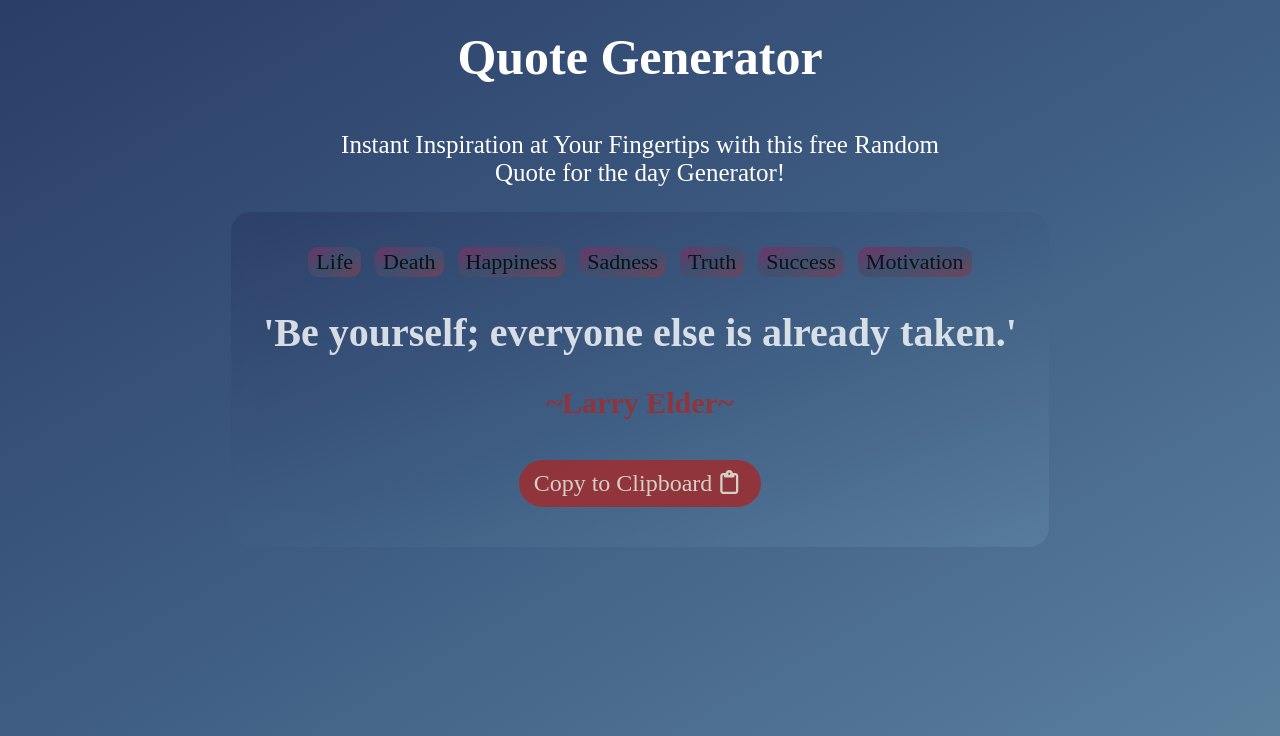
Repository: moehaymanmyint/Random-Quote-Generator
Page: index.html
An editor plug-in stored every save of this project. The page is shown before and after the next save, followed by the edit.
The browser window is 1280 px wide. The pictures show the whole page.
Some web fonts or font styles are not loaded; a fallback is used. Some web libraries are served in a nearby version.

Above is the page before, as saved 2024-11-07 23:21:52.

### index.html
<!DOCTYPE html>
<html lang="en">
<head>
    <meta charset="UTF-8">
    <meta name="viewport" content="width=device-width, initial-scale=1.0">
    <title>Quote Generator</title>
    <link rel="stylesheet" href="style.css">
    <!-- Font Awesome Link -->
    <link rel="stylesheet" href="https://cdnjs.cloudflare.com/ajax/libs/font-awesome/6.6.0/css/all.min.css" integrity="sha512-Kc323vGBEqzTmouAECnVceyQqyqdsSiqLQISBL29aUW4U/M7pSPA/gEUZQqv1cwx4OnYxTxve5UMg5GT6L4JJg==" crossorigin="anonymous" referrerpolicy="no-referrer" />
</head>
<body>
    <div class="container">
        <h1 class="title">Quote Generator</h1>
        <p class="description">Instant Inspiration at Your Fingertips with this free Random Quote for the day Generator!</p>
        <div class="quote-box">
            <div class="category">
                <input type="button" value="Life">
                <input type="button" value="Death">
                <input type="button" value="Happiness">
                <input type="button" value="Sadness">
                <input type="button" value="Truth">
                <input type="button" value="Success">
                <input type="button" value="Motivation">
            </div>
            <div class="quotes">
                <h1 class="quote">'Be yourself; everyone else is already taken.'</h1>
                <p class="author">~Larry Elder~</p>
            </div>
            <div class="btn">
                <button class="copy-btn">Copy to Clipboard<i class="fa-regular fa-clipboard"></i></button>
            </div>
        </div>
    </div>
</body>
<script src="app.js"></script>
</html>

### style.css
@import url('https://fonts.googleapis.com/css2?family=Playwrite+GB+S:ital,wght@0,100..400;1,100..400&display=swap');

body{
    background: linear-gradient(to bottom right, #2a3d66, #3e5c82, #5a7f9d);
    color: white;
    height: 100vh;
}
.container{
    font-family: "Playwrite GB S", cursive;
    display: flex;
    flex-direction: column;
    align-items: center;
}
.title{
    font-size: 50px;
    margin: 20px;
}
.description{
    font-size: 25px;
    width: 50%;
    text-align: center;
}
.container .quote{
    text-align: center;
    font-size: 40px;
}

.container .author{
    font-size: 30px;
    color: brown;
    text-align: center;
    font-weight: bold;
}

.quote-box{
    background: linear-gradient(to bottom right, #2a3d66, #3e5c82, #5a7f9d);
    opacity: 0.8;
    padding: 30px;
    display: flex;
    flex-direction: column;
    align-items: center;
    border-radius: 20px;
    width: 60%;
}

.copy-btn{
    padding: 10px 15px;
    border: none;
    border-radius: 40px;
    background-color: brown;
    color: antiquewhite;
    margin: 10px;
    cursor: pointer;
    font-size: 24px;
    font-family: "Playwrite GB S", cursive;
}

i{
    padding: 0 8px;
}

input{
    background: linear-gradient(to bottom right, #7b2e63, #3e4f6b, #7a3f56);
    border: none;
    border-radius: 10px;
    padding: 2px 8px;
    font-size: 22px;
    margin: 5px;
    cursor: pointer;
    font-family: "Playwrite GB S", cursive;
}

### app.js
let quotes = {
    Life: [
        { quote: "Life is what happens when you're busy making other plans.", author: "John Lennon" },
        { quote: "Get busy living or get busy dying.", author: "Stephen King" },
        { quote: "You only live once, but if you do it right, once is enough.", author: "Mae West" },
        { quote: "Life is really simple, but we insist on making it complicated.", author: "Confucius" },
        { quote: "In the end, it’s not the years in your life that count. It’s the life in your years.", author: "Abraham Lincoln" },
    ],
    Death: [
        { quote: "Death is not the opposite of life, but a part of it.", author: "Haruki Murakami" },
        { quote: "To the well-organized mind, death is but the next great adventure.", author: "J.K. Rowling" },
        { quote: "The life of the dead is placed in the memory of the living.", author: "Marcus Tullius Cicero" },
        { quote: "Our dead are never dead to us, until we have forgotten them.", author: "George Eliot" },
        { quote: "Death may be the greatest of all human blessings.", author: "Socrates" },
    ],
    Happiness: [
        { quote: "Happiness is not something ready-made. It comes from your own actions.", author: "Dalai Lama" },
        { quote: "For every minute you are angry, you lose sixty seconds of happiness.", author: "Ralph Waldo Emerson" },
        { quote: "Happiness depends upon ourselves.", author: "Aristotle" },
        { quote: "Happiness is not by chance, but by choice.", author: "Jim Rohn" },
        { quote: "The purpose of our lives is to be happy.", author: "Dalai Lama" },
    ],
    Sadness: [
        { quote: "Tears come from the heart and not from the brain.", author: "Leonardo da Vinci" },
        { quote: "Sadness flies away on the wings of time.", author: "Jean de La Fontaine" },
        { quote: "The word 'happiness' would lose its meaning if it were not balanced by sadness.", author: "Carl Jung" },
        { quote: "Every human walks around with a certain kind of sadness.", author: "Henri Nouwen" },
        { quote: "Even a happy life cannot be without a measure of darkness.", author: "Carl Jung" },
    ],
    Truth: [
        { quote: "In a time of deceit, telling the truth is a revolutionary act.", author: "George Orwell" },
        { quote: "If you tell the truth, you don't have to remember anything.", author: "Mark Twain" },
        { quote: "Three things cannot be long hidden: the sun, the moon, and the truth.", author: "Buddha" },
        { quote: "The truth will set you free, but first it will make you miserable.", author: "James A. Garfield" },
        { quote: "Honesty is the first chapter in the book of wisdom.", author: "Thomas Jefferson" },
    ],
    Success: [
        { quote: "Success is not final, failure is not fatal: It is the courage to continue that counts.", author: "Winston Churchill" },
        { quote: "Success usually comes to those who are too busy to be looking for it.", author: "Henry David Thoreau" },
        { quote: "The way to get started is to quit talking and begin doing.", author: "Walt Disney" },
        { quote: "Don’t be afraid to give up the good to go for the great.", author: "John D. Rockefeller" },
        { quote: "Success is walking from failure to failure with no loss of enthusiasm.", author: "Winston Churchill" },
    ],
    Motivation: [
        { quote: "The only way to do great work is to love what you do.", author: "Steve Jobs" },
        { quote: "The future belongs to those who believe in the beauty of their dreams.", author: "Eleanor Roosevelt" },
        { quote: "Don’t watch the clock; do what it does. Keep going.", author: "Sam Levenson" },
        { quote: "Believe you can and you’re halfway there.", author: "Theodore Roosevelt" },
        { quote: "Start where you are. Use what you have. Do what you can.", author: "Arthur Ashe" },
    ]
};

let quote = document.querySelector(".quote");
let author = document.querySelector(".author");
let category = document.querySelectorAll(".category input");
let copyBtn = document.querySelector(".copy-btn");

category.forEach(input => {
    input.addEventListener("click", () => {
        let userCategory = input.value;
        let quoteArr = quotes[userCategory];
        let randomQuote = quoteArr[Math.floor(Math.random() * quoteArr.length)];
        console.log(randomQuote);

        quote.innerHTML = "'" + randomQuote.quote + "'";
        author.innerHTML = "~" + randomQuote.author + "~";
    })
});

function copyClipboard() {
    let quoteText = quote.innerHTML;
    navigator.clipboard.writeText(quoteText)
        .then(() => {
            alert("Quote copied to clipboard!");
        })
        .catch(err => {
            console.error("Failed to copy: ", err);
        });
}

copyBtn.addEventListener("click", copyClipboard);

After the next save:
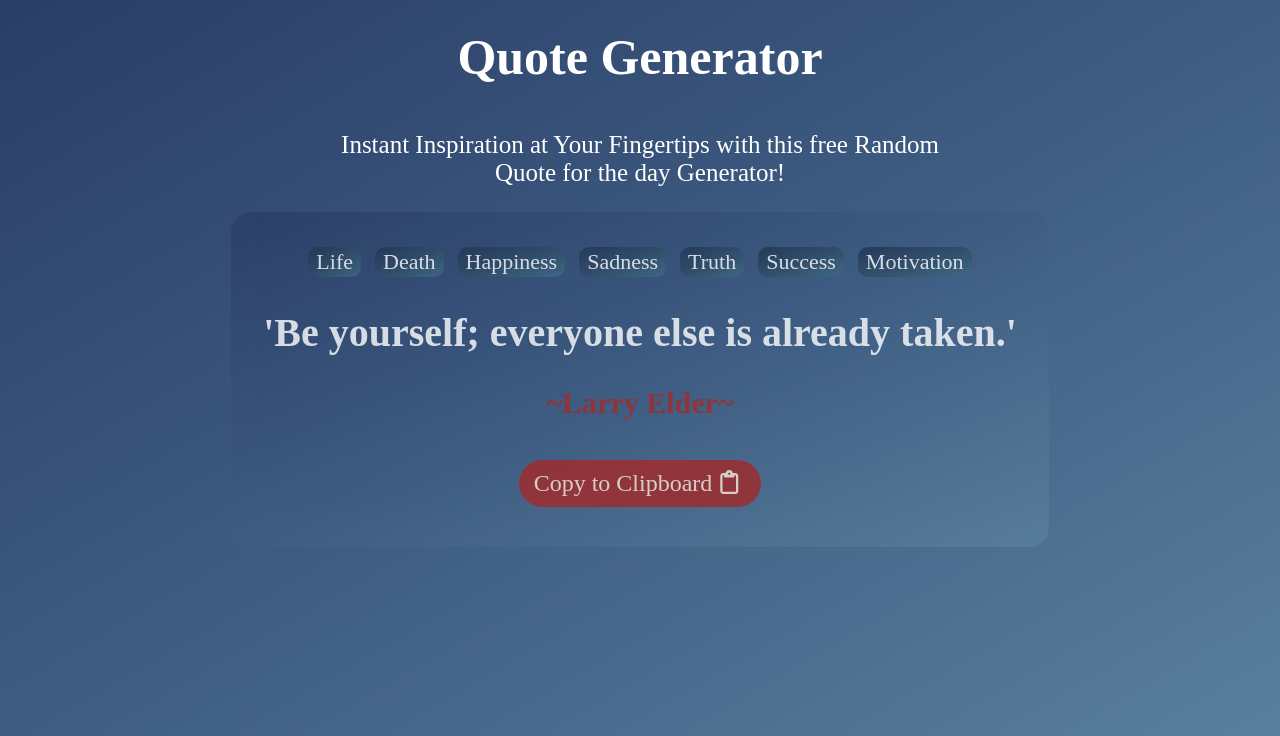
Saved 27 s later.
--- a/style.css
+++ b/style.css
@@ -60,7 +60,8 @@
 }
 
 input{
-    background: linear-gradient(to bottom right, #7b2e63, #3e4f6b, #7a3f56);
+    background: linear-gradient(to bottom right, #1f3350, #2e4b65, #3f6b87);
+    color: white;
     border: none;
     border-radius: 10px;
     padding: 2px 8px;
